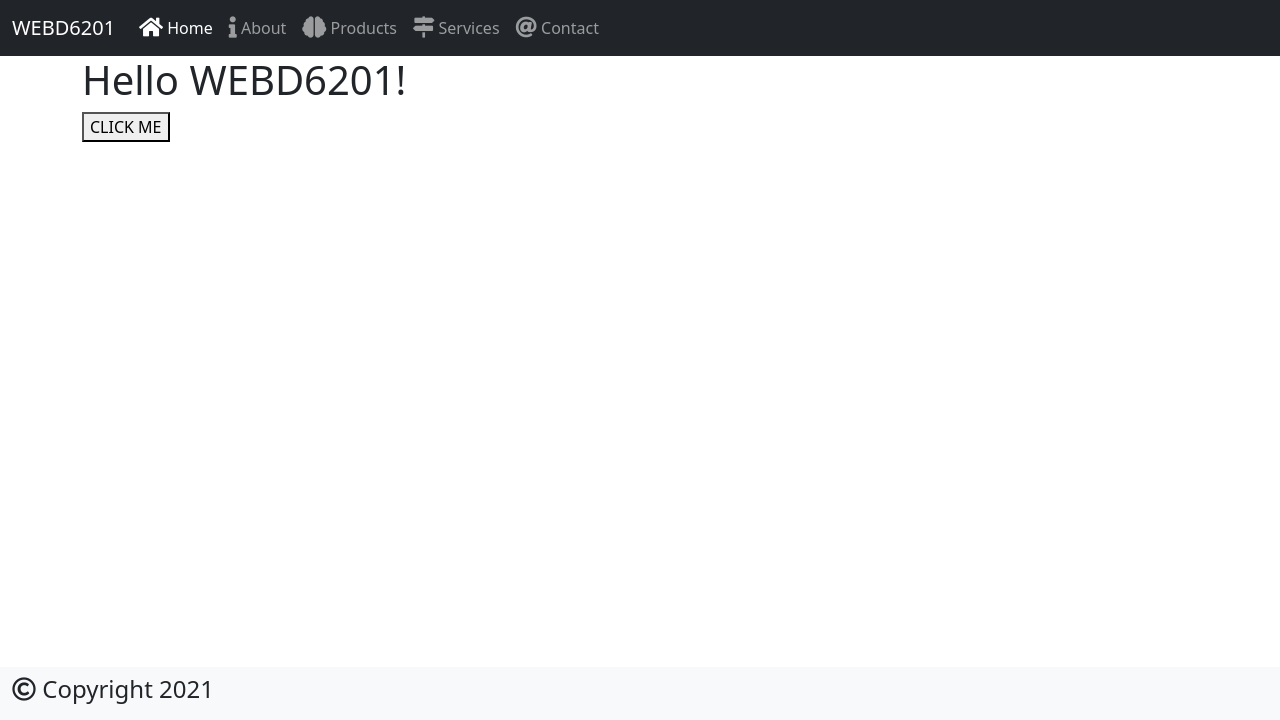
Repository: GarlicButterBoy/WEBD6201-Week1
Page: index.html
An editor plug-in stored every save of this project. The page is shown before and after the next save, followed by the edit.
The browser window is 1280 px wide. The pictures show the whole page.

Above is the page before, as saved 2021-01-14 09:48:23.

### index.html
<!DOCTYPE html>
<html lang="en">
<head>
    <meta charset="UTF-8">
    <meta name="viewport" content="width=device-width, initial-scale=1.0">
    <title>Document</title>

    <!-- CSS Section -->
    <link rel="stylesheet" href="./node_modules/bootstrap/dist/css/bootstrap.min.css">
    <link rel="stylesheet" href="./node_modules/@fortawesome/fontawesome-free/css/all.min.css">
    <link rel="stylesheet" href="./Content/app.css">

</head>
<body>
       <!-- Main Nav -->

       <header>
        <nav class="navbar navbar-expand-lg navbar-dark bg-dark">
            <div class="container-fluid">
              <a class="navbar-brand" href="#">WEBD6201</a>
              <button class="navbar-toggler" type="button" data-bs-toggle="collapse" data-bs-target="#navbarSupportedContent" aria-controls="navbarSupportedContent" aria-expanded="false" aria-label="Toggle navigation">
                <span class="navbar-toggler-icon"></span>
              </button>
              <div class="collapse navbar-collapse" id="navbarSupportedContent">
                <ul class="navbar-nav ml-auto mb-2 mb-lg-0">

                  <li class="nav-item">
                    <a class="nav-link active" aria-current="page" href="#">
                        <i class="fas fa-home fa-lg"></i> Home</a>
                  </li>

                  <li class="nav-item">
                    <a class="nav-link" aria-current="page" href="#">
                        <i class="fas fa-info fa-lg"></i> About</a>
                  </li>

                  <li class="nav-item">
                    <a class="nav-link" aria-current="page" href="#">
                        <i class="fas fa-brain fa-lg"></i> Products</a>
                  </li>

                  <li class="nav-item">
                    <a class="nav-link" aria-current="page" href="#">
                        <i class="fas fa-map-signs fa-lg"></i> Services</a>
                  </li>

                  <li class="nav-item">
                    <a class="nav-link" aria-current="page" href="#">
                        <i class="fas fa-at fa-lg"></i> Contact</a>
                  </li>

                </ul>
              </div>
            </div>
          </nav>
    </header>

    <div class="container">
        <h1>Hello WEBD6201!</h1>
        <button>CLICK ME</button>
    </div>

    <footer>
        <nav class="navbar fixed-bottom navbar-light bg-light">
            <div class="container-fluid">
              <h4><i class="far fa-copyright"></i> Copyright 2021</h4>
            </div>
        </nav>
    </footer>

    <!-- JavaScript Section -->
    <script src="./node_modules/jquery/dist/jquery.min.js"></script>
    <script src="./node_modules/bootstrap/dist/js/bootstrap.bundle.min.js"></script>
    <script src="./Scripts/app.js"></script>

</body>
</html>

### Content/app.css
/*
 * Custom CSS goes here!
 */

### Scripts/app.js
/*
 * Custom Scripts go here!
 */

//IIFE - Immediately Invoked Function Expression
//AKA - Anonymous Self-Executing Function
(function()
{
    //Initialization Function
    function Start()
    {

       console.log("App Started...");

       for (let index = 0; index < 5; index++)
       {

        console.log(index);

       }
    }
    //Event Listener
    window.addEventListener("load", Start);

})();

Loaded but not shown: node_modules/bootstrap/dist/css/bootstrap.min.css (library); node_modules/@fortawesome/fontawesome-free/css/all.min.css (library); node_modules/jquery/dist/jquery.min.js (library); node_modules/bootstrap/dist/js/bootstrap.bundle.min.js (library)

After the next save:
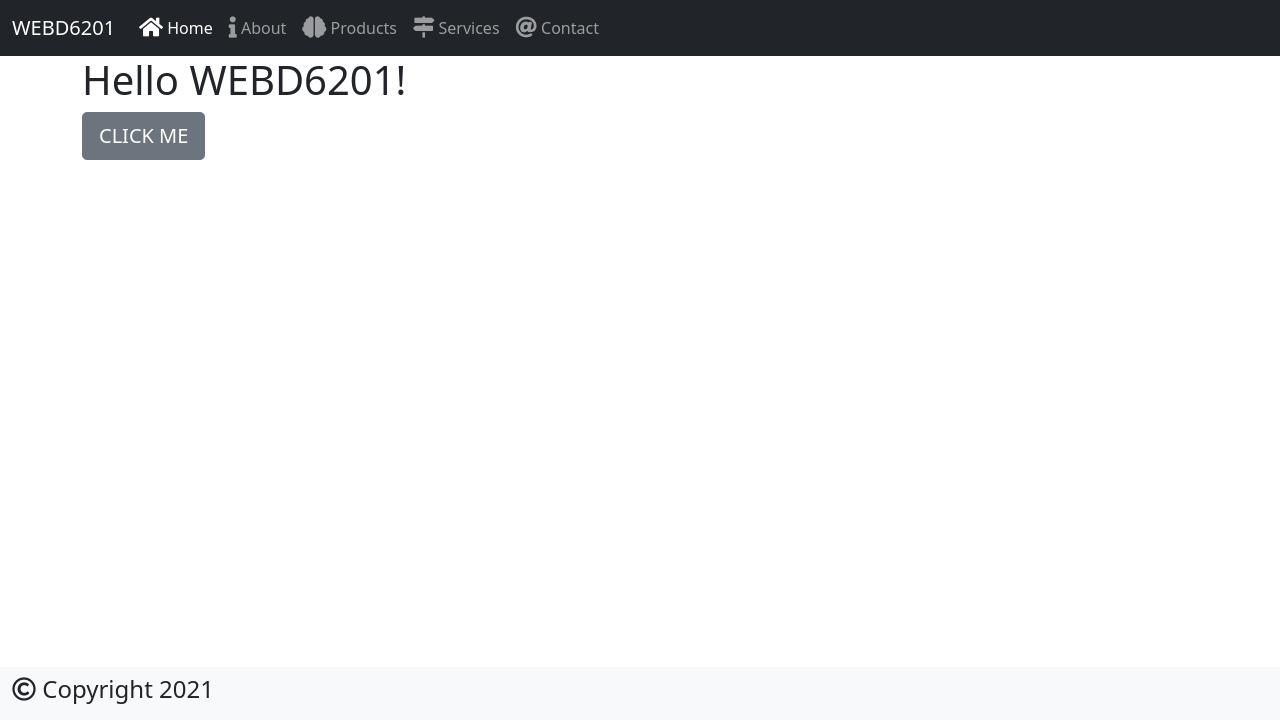
Saved 30 s later.
--- a/index.html
+++ b/index.html
@@ -57,7 +57,7 @@
 
     <div class="container">
         <h1>Hello WEBD6201!</h1>
-        <button>CLICK ME</button>
+        <button class="btn btn-secondary btn-lg">CLICK ME</button>
     </div>
 
     <footer>
